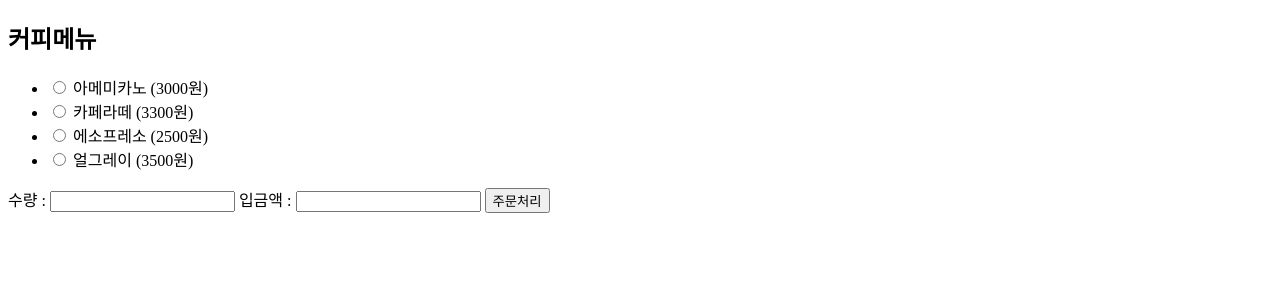
Repository: ohseung-web/OTjsp2026
Page: http://localhost/chapter/coffee/coffee.jsp
These files come from the project's save history. The page is drawn as it stood at one moment and after the next save; the edit follows.
The browser window is 1280 px wide. The pictures show the whole page.
The page is served by Tomcat 9.

Above is the page before, as saved 2026-10-18 06:53:37.

### chapter/src/main/webapp/coffee/coffee.jsp
<%@ page language="java" contentType="text/html; charset=UTF-8"
    pageEncoding="UTF-8" import="java.util.*"%>
<!DOCTYPE html>
<html>
<head>
<meta charset="UTF-8">
<title>Insert title here</title>
</head>
<body>

	<h2> 커피메뉴 </h2>
	<form action="coffeeProc.jsp" method="get">
		<ul>
			<li>
				<input type="radio" name="coffee" id="ame">
				<label for="ame">아메미카노 (3000원)</label>
			</li>
			<li>
				<input type="radio" name="coffee" id="cafe">
				<label for="cafe">카페라떼 (3300원)</label>
			</li>
			<li>
				<input type="radio" name="coffee" id="asofress">
				<label for="asofress">에소프레소 (2500원)</label>
			</li>
			<li>
				<input type="radio" name="coffee" id="ale">
				<label for="ale">얼그레이 (3500원)</label>
			</li>
		</ul>
		<label for="quantity">수량 : </label>
		<input type="number" id="quantity">
		<label for="memoy">입금액 : </label>
		<input type="number" id="memoy">
		<input type="submit" value="주문처리">
	</form>
</body>
</html>

After the next save:
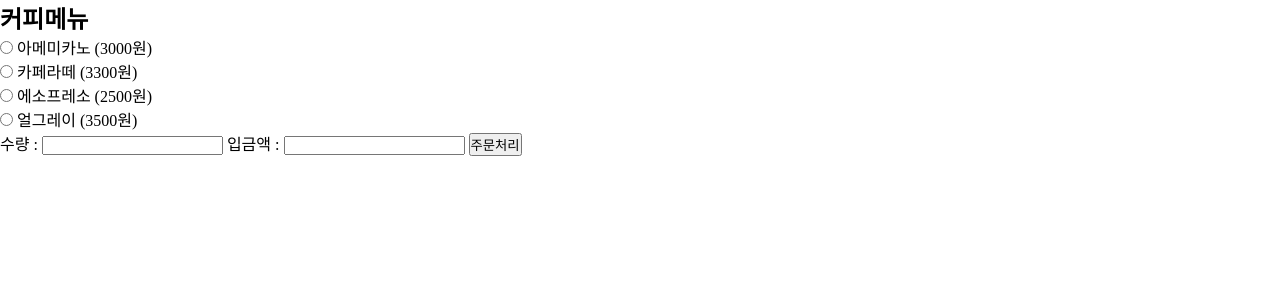
Saved 70 s later.
--- a/chapter/src/main/webapp/coffee/coffee.jsp
+++ b/chapter/src/main/webapp/coffee/coffee.jsp
@@ -5,6 +5,16 @@
 <head>
 <meta charset="UTF-8">
 <title>Insert title here</title>
+<style>
+	*{
+	    padding:0;
+	    margin:0;
+	    box-sizing: border-box;
+	 }
+	 ul{
+	   list-style: none;
+	 }
+</style>
 </head>
 <body>
 
